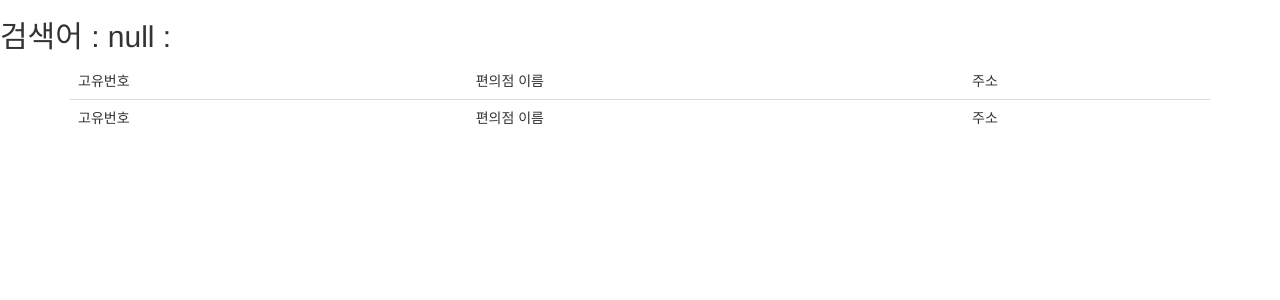
Repository: kimjaejoo/Tacademy
Page: http://localhost/Hello/search
These files come from the project's save history. The page is drawn as it stood at one moment and after the next save; the edit follows.
The browser window is 1280 px wide. The pictures show the whole page.
The page is served by Tomcat 9. Queries for data that is not in the repository find no rows.

Above is the page before, as saved 2016-11-03 07:12:05.
Console error (its wording comes from the project's code and is left out).

After the next save:
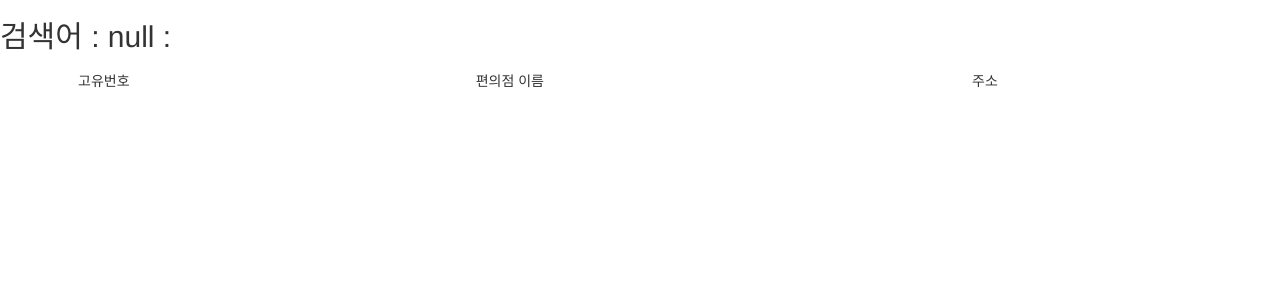
Saved 7 s later.
--- a/Hello/WebContent/result3.jsp
+++ b/Hello/WebContent/result3.jsp
@@ -47,11 +47,6 @@
 			</tr>
 		</thead>
 		<tbody>
-				<tr>
-					<td>고유번호</td>
-					<td>편의점 이름</td>
-					<td>주소</td>
-				</tr>
 			<c:forEach var="cs" items="${result }">
 				<tr>
 					<td>${cs.getIdx() }</td>
